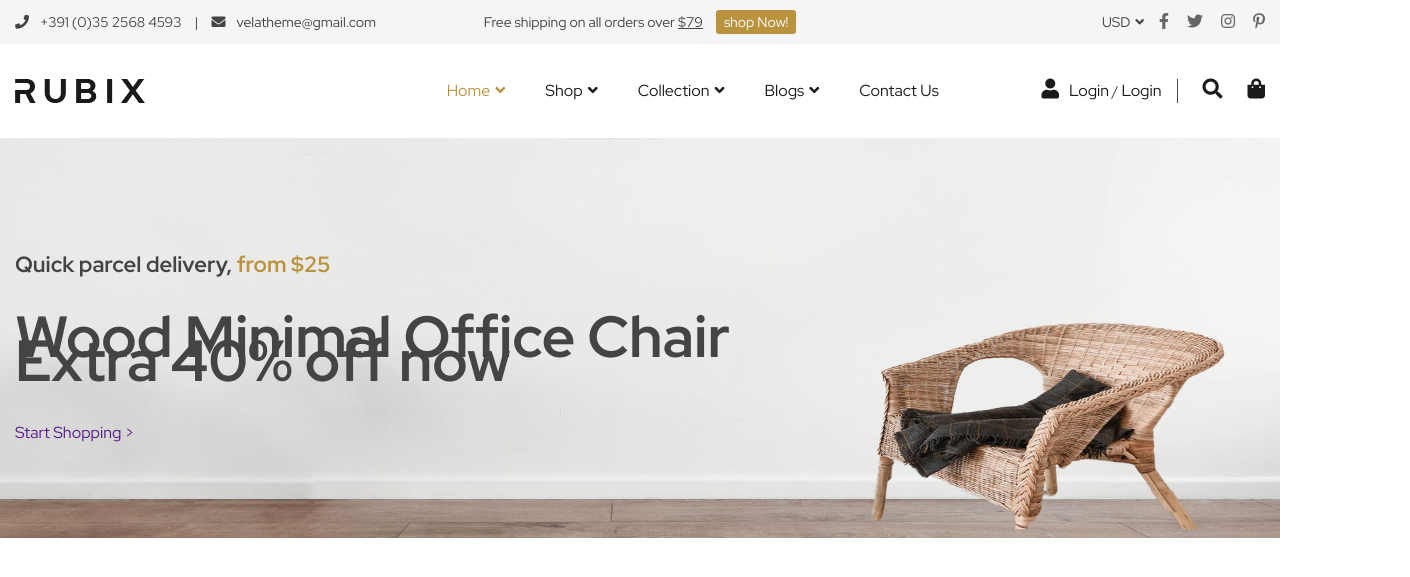
Repository: ldminh95/Gin-velademo
Page: index.html
An editor plug-in stored every save of this project. The page is shown before and after the next save, followed by the edit.
The browser window is 1280 px wide. The page is 1410 px wide, so the pictures cover 1410 px, including what lies to the right of the window. The pictures show the whole page.
The style sheet was rebuilt from its Sass, Less or Tailwind sources for each picture, by a compiler version that may differ from the author's.

Above is the page before, as saved 2023-05-28 11:14:25.

### index.html
<!DOCTYPE html>
<html lang="en">
<head>
    <meta charset="UTF-8">
    <meta http-equiv="X-UA-Compatible" content="IE=edge">
    <meta name="viewport" content="width=device-width, initial-scale=1.0">
    <title>velademo-rubix</title>
    <link rel="stylesheet" href="https://cdnjs.cloudflare.com/ajax/libs/font-awesome/5.15.4/css/all.min.css">
    <link rel="stylesheet" type="text/css" href="/css/style.css">
</head>
<body>
    <div class="Overview">
        <div class="headerTop box_flex">
            <div class="headerTop_box-Left col-m3 pd15">
                <i class="fas fa-phone"></i>
                +391 (0)35 2568 4593
                <span class="mr10">|</span>
                <i class="fas fa-envelope"></i>
                velatheme@gmail.com
            </div>
            <div class="headerTop_box-Center col-m3 pd15">
                Free shipping on all orders over <u>$79</u>
                <a href="#" class="bg_primary">shop Now!</a>
            </div>
            <div class="headerTop_box-Right col-m3 box_flex pd15">
                <div class="gin-currency">
                    <div class="gin-currency-title">USD<i class="fas fa-angle-down"></i></div>
                    <div class="gin-currency-dropdown">
                        <div class="currency-item active">USD</div>
                        <div class="currency-item">INR</div>
                        <div class="currency-item">GBP</div>
                        <div class="currency-item">CAD</div>
                        <div class="currency-item">AUD</div>
                        <div class="currency-item">EUR</div>
                        <div class="currency-item">JPY</div>
                    </div>
                </div>
                <div class="gin-link">
                    <a href="#" target="_blank"><i class="fab fa-facebook-f"></i></a>
                    <a href="#" target="_blank"><i class="fab fa-twitter"></i></a>
                    <a href="#" target="_blank"><i class="fab fa-instagram"></i></a>
                    <a href="#" target="_blank"><i class="fab fa-pinterest-p"></i></a>
                </div>
            </div>
        </div>
        <header class="headerMenu">
            <section class="box_flex">
                <div class="header_Left col-m3 pd15">
                    <img src="./images/logo.png" alt="">
                </div>
                <div class="header_Center col-m3 pd15">
                    <div class="gin_menu">
                        <ul class="box_flex">
                            <li class="active">
                                <a href="">Home<i class="fas fa-angle-down"></i></a>
                                <ul class="gin_menu-second">
                                    <li><a href="">Home01</a></li>
                                    <li><a href="">Home02</a></li>
                                    <li><a href="">Home03</a></li>
                                    <li><a href="">Home04</a></li>
                                    <li><a href="">Home05</a></li>
                                    <li><a href="">Home06</a></li>
                                </ul>
                            </li>
                            <li>
                                <a href="">Shop<i class="fas fa-angle-down"></i></a>
                                <ul class="gin_menu-second">
                                    <li><a href="">Home01</a></li>
                                    <li><a href="">Home02</a></li>
                                    <li><a href="">Home03</a></li>
                                    <li><a href="">Home04</a></li>
                                    <li><a href="">Home05</a></li>
                                    <li><a href="">Home06</a></li>
                                </ul>
                            </li>
                            <li>
                                <a href="">Collection<i class="fas fa-angle-down"></i></a>
                                <ul class="gin_menu-second">
                                    <li><a href="">Home01</a></li>
                                    <li><a href="">Home02</a></li>
                                    <li><a href="">Home03</a></li>
                                    <li><a href="">Home04</a></li>
                                    <li><a href="">Home05</a></li>
                                    <li><a href="">Home06</a></li>
                                </ul>
                            </li>
                            <li>
                                <a href="">Blogs<i class="fas fa-angle-down"></i></a>
                                <ul class="gin_menu-second">
                                    <li><a href="">Home01</a></li>
                                    <li><a href="">Home02</a></li>
                                    <li><a href="">Home03</a></li>
                                    <li><a href="">Home04</a></li>
                                    <li><a href="">Home05</a></li>
                                    <li><a href="">Home06</a></li>
                                </ul>
                            </li>
                            <li>
                                <a href="">Contact Us</a>
                                <ul class="gin_menu-second">
                                    <li><a href="">Home01</a></li>
                                    <li><a href="">Home02</a></li>
                                    <li><a href="">Home03</a></li>
                                    <li><a href="">Home04</a></li>
                                    <li><a href="">Home05</a></li>
                                    <li><a href="">Home06</a></li>
                                </ul>
                            </li>
                        </ul>
                    </div>
                </div>
                <div class="header_Right col-m3 pd15 box_flex">
                    <div class="header_Right-account box_flex">
                        <a href=""><i class="fas fa-user"></i></a>
                        <ul>
                            <li><a href="">Login</a></li>
                            <span>/</span>
                            <li><a href="">Login</a></li>
                        </ul>
                    </div>
                    <div class="header_Right-search">
                        <a href=""><i class="fas fa-search"></i></a>
                    </div>
                    <div class="header_Right-cart">
                        <a href=""><i class="fas fa-shopping-bag"></i></a>
                    </div>
                </div>
            </section>
        </header>
        <div class="MainContent">
            <div class="gin_slideshow">
                <div class="slide_item">
                    <div class="slide_item-bg">
                        <img src="./images/index_bg01.jpg" alt="ghế tại ginshop">
                        <div class="wrapper">
                            <div class="slide_item-content">
                                <p>Quick parcel delivery, <span>from $25</span></p>
                                <h2>Wood Minimal Office Chair<br>Extra 40% off now</h2>
                                <a href="">Start Shopping ></a>
                            </div>
                        </div>
                    </div>
                </div>
            </div>
        </div>
    </div>
</body>
</html>

### css/googleFont.css
@import url('https://fonts.googleapis.com/css2?family=Red+Hat+Display:ital,wght@0,300;0,400;0,500;0,600;0,700;0,800;0,900;1,300;1,400;1,500;1,600;1,700;1,800;1,900&display=swap');


:root {
    --f-red-hat: 'Red Hat Display', sans-serif;
}

### css/base.css
:root {
    --gin-font: 14px;
    --color-primary: #ba933e;
    --body-bg: #fff;
    --text-color-primary: #444444;
    --text-color-second: #1a1a1a;
    --text-color-banner: #666666;
    --topbar-bg-color: #f5f5f5;
    --font-icon: 'FontAwesome';
}
body {
    box-sizing: border-box;
    font-family: var(--f-red-hat);
    font-size: var(--gin-font);
    padding: 0;
    margin: 0;
    font-weight: 400;
    line-height: 24px;
    color: var(--text-color-primary);
}
a {
    font-size: calc(var(--gin-font) + 2px);
    text-decoration: none;
}
li {
    list-style-type: none;
}
ul {
    padding: 0;
    margin: 0;
}
img {
    max-width: 100%;
    display: block;
}
.box_flex {
    display: -webkit-flex;
    display: flex;
    align-items: center;
}

.col-m3 {
    width: 33.3333%;
}

/* ================================ */
/* Gin core */
/* ================================ */


/* margin */
.mr10 {
    margin: 0 10px;
}
.pd15 {
    padding: 0 15px;
}

### scss/style.scss
@import "googleFont.css";
@import "base.css";

.Overview {
    margin: 0 auto;
}

.headerTop {
    width: 100%;
    background: var(--topbar-bg-color);
    padding: 10px 0;
    &_box {
        &-Left {
            .fas {
                margin-right: 8px;
            }
        }
        &-Center {
            text-align: center;
            .bg_primary {
                background-color: var(--color-primary);
                color: #fff;
                padding: 0 8px;
                border-radius: 3px;
                margin-left: 10px;
                font-size: var(--gin-font);
                display: inline-block;
                &:hover {
                    background: #947531;
                }
            }
        }
        &-Right {
            justify-content: flex-end;
            .gin {
                &-currency {
                    position: relative;
                    cursor: pointer;
                    &-dropdown {
                        position: absolute;
                        display: none;
                        .currency-item {
                            padding: 5px 0;
                            &.active {
                                color: var(--color-primary);
                            }
                            &:hover {
                                color: var(--color-primary);
                                cursor: pointer;
                            }
                        }
                    }
                    i {
                        margin-left: 5px;
                    }
                    &:hover {
                        .gin-currency-dropdown {
                            display: block;
                            border: 1px solid rgba(0,0,0,0.15);
                            border-radius: 3px;
                            background-color: #fff;
                            padding: 5px 20px;
                            top: 100%;
                            font-size: calc(var(--gin-font) + 2px);
                            right: 0;
                            box-shadow: 0 6px 12px #0000002d;
                        }
                    }
                }
                &-link {
                    a {
                        margin-left: 15px;
                        color: var(--text-color-banner);
                        &:hover {
                            color: var(--color-primary);
                        }
                    }
                }
            }
        }
    }
}

.headerMenu {
    padding: 20px 0;
    .header {
        &_Center {
            li {
                position: relative;
                a {
                    padding: 15px 20px;
                    display: inline-block;
                    width: max-content;
                    color: var(--text-color-second);
                    i {
                        margin-left: 5px;
                    }
                }
                &.active {
                    >a {
                        color: var(--color-primary);
                    }
                }
                ul {
                    position: absolute;
                    min-width: 220px;
                    padding: 15px 25px;
                    display: block;
                    box-shadow: 0 6px 15px #0000001f;
                    z-index: 99;
                    text-align: left;
                    visibility: hidden;
                    margin-top: 50px;
                    transition: all .3s cubic-bezier(0.175, 0.885, 0.32, 1.275);
                    background-color: var(--body-bg);
                    a {
                        padding: 3px 0;
                        font-size: var(--gin-font);
                    }
                }
                &:hover {
                    ul {
                        visibility: visible;
                        margin-top: 0;
                        li {
                            &:hover {
                                a {
                                    color: var(--color-primary);
                                }
                            }
                        }
                    }
                }
            }
        }
        &_Right {
            justify-content: flex-end;
            &-account {
                padding-right: 15px;
                border-right: 1px solid var(--text-color-primary);
            }
            &-search {
                margin-left: 25px;
            }
            &-cart {
                margin-left: 25px;
            }
            i {
                font-size: calc(var(--gin-font) + 6px);
            }
            a {
                color: var(--text-color-second);
                &:hover {
                    color: var(--color-primary);
                }
            }
            li {
                display: inline-block;
            }
            ul {
                margin-left: 10px;
            }
        }
    }
}

.MainContent {
    .slide {
        &_item {
            position: relative;
            .wrapper {
               width: 1410px;
               position: absolute;
               margin: 0 auto;
               top: 0;
               left: 0;
               right: 0;
               bottom: 0;
               height: 100%;
               display: table;
               .slide_item-content {
                    padding: 0 15px;
                    display: table-cell;
                    vertical-align: middle;
                    p {
                        font-size: calc(var(--gin-font) + 8px);
                        font-weight: 700;
                        margin-bottom: 0.68em;
                        span {
                            color: var(--color-primary);
                        }
                    }
                    h2 {
                        font-size: calc(var(--gin-font) + 44px);
                    }
               }
            }
        }
    }
}

After the next save:
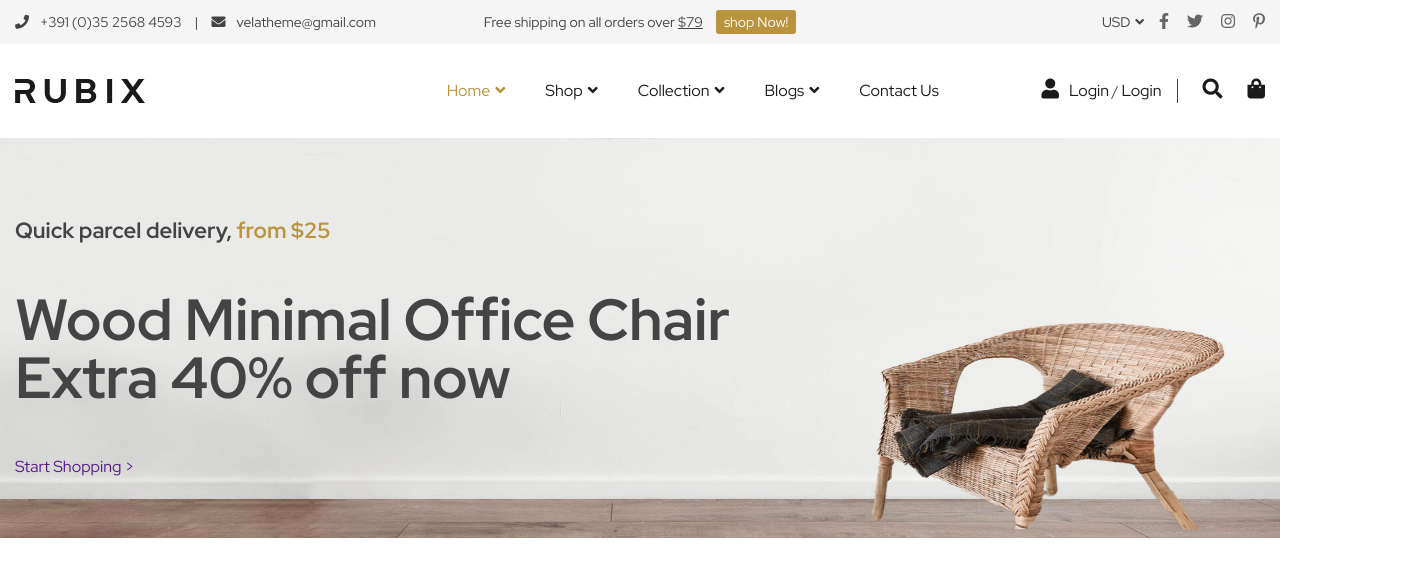
Saved 52 s later.
--- a/scss/style.scss
+++ b/scss/style.scss
@@ -192,6 +192,7 @@
                     }
                     h2 {
                         font-size: calc(var(--gin-font) + 44px);
+                        line-height: 1em;
                     }
                }
             }
